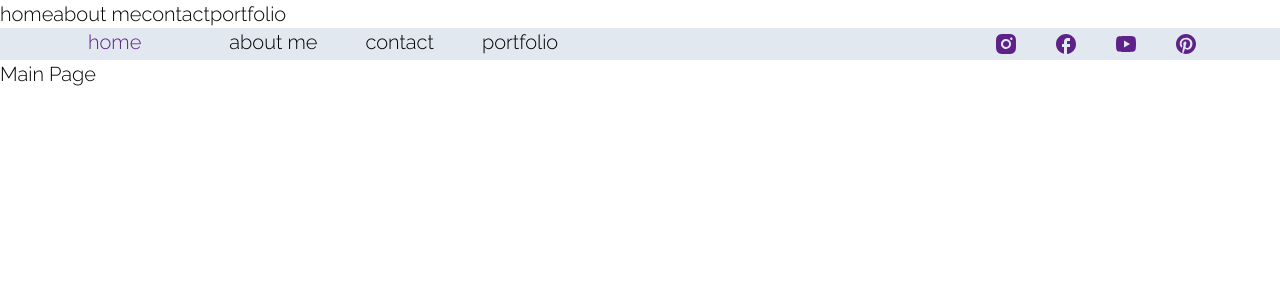
Repository: hubertrh/klaudia-personal-next
Page: /
These files come from the project's save history. The page is drawn as it stood at one moment and after the next save; the edit follows.
The browser window is 1280 px wide. The pictures show the whole page.
The project was rebuilt for these pictures with package versions that can differ from the ones it lists, and the page was loaded fresh each time. The framework's server and built-in components were replaced by stand-ins that run in the browser. Also part of the build but not shown: next.config.js.

Above is the page before, as saved 2023-08-11 18:10:21.

After the next save:
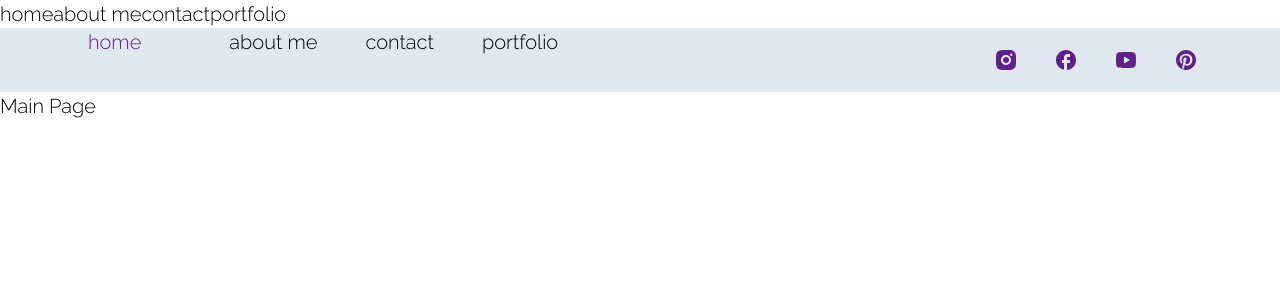
Saved 29 s later.
--- a/app/(site)/layout.tsx
+++ b/app/(site)/layout.tsx
@@ -23,7 +23,7 @@ export default function RootLayout({
   return (
     <html lang="en">
       <body className={`${raleway.className} text-xl`}>
-        <header className="flex h-8 justify-between bg-slate-200 px-16">
+        <header className="flex h-16 justify-between bg-slate-200 px-16">
           <nav className="nav">
             <Link className="!ml-0 !mr-10 text-primary" href="/">
               home
